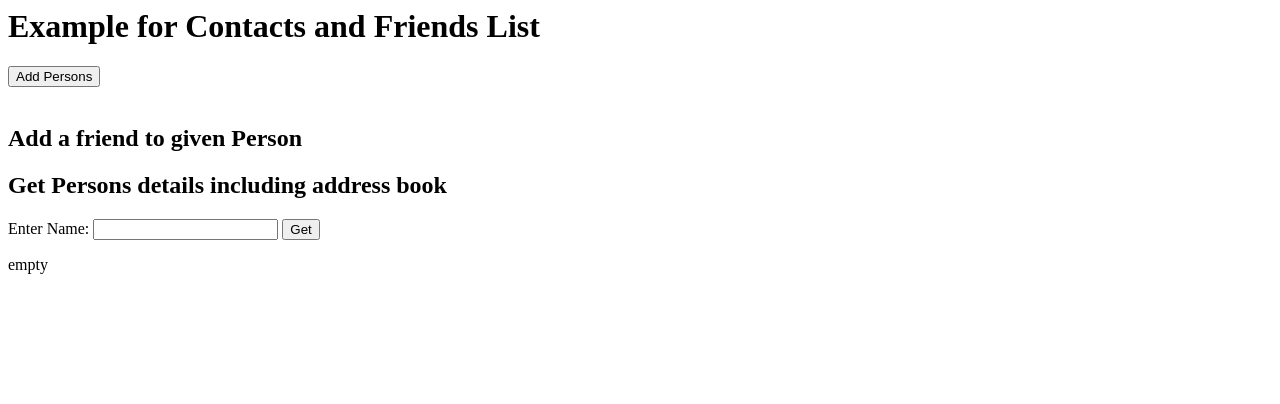
Repository: priyanalleboina/JsTraining
Page: Priyanka _JsExcercies/webpack14example-clinet-node/index.html
An editor plug-in stored every save of this project. The page is shown before and after the next save, followed by the edit.
The browser window is 1280 px wide. The pictures show the whole page.

Above is the page before, as saved 2020-05-28 19:38:08.

After the next save:
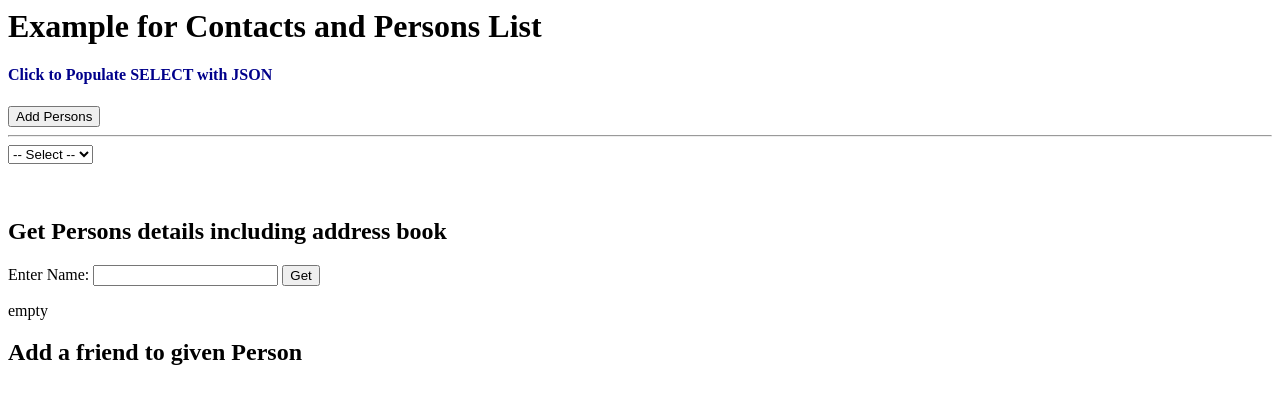
Saved 2 min 15 s later.
--- a/Priyanka _JsExcercies/webpack14example-clinet-node/index.html
+++ b/Priyanka _JsExcercies/webpack14example-clinet-node/index.html
@@ -4,30 +4,46 @@
   <meta name="viewport" content="width=device-width, initial-scale=1.0">
   <title>Document</title>
   <link rel="stylesheet" href="./src/index.css">
-  <script type="text/javascript" src="./dist/bundler.js"></script>
+  <!-- <script type="text/javascript" src="./domAccess.js"></script>
+  <script type="text/javascript" src="./contact.js"></script>
+  <script type="text/javascript" src="./index.js"></script>
+  <script type="text/javascript" src="./address.js"></script> -->
+  <script src="./dist/bundler.js"></script>
+
 </head>
 
 <body>
   <div>
-    <h1>Example for Contacts and Friends List</h1>
+    <h1>Example for Contacts and Persons List</h1>
     <!-- add people via hard coded list -->
-    <button id="add" onclick="ui.addPersons();">Add Persons</button>
+    <h4 style="color:darkblue">Click to Populate SELECT with JSON</h4>
+    <button id="add" onclick="ui.addPersons()">Add Persons</button>
+  </div>
+  <hr>
+  <div>
+
+  <!--The SELECT element.-->
+  <select id="sel" onchange="ui.show(this)">
+    <option value="">-- Select --</option>
+  </select>
+  <p id="msg"></p>
   </div>
   <div>
     <br>
     <!-- Add code to map one contact with another -->
     <!-- build your own UI to add one contact to another contact as friend -->
-    <h2> Add a friend to given Person</h2>
+
     <!-- Build your own simple UI to add one person to another as his/her friends list-->
     <!-- for ex: for modi->kcr, amit   -- for kcr-> kavitha, ktr   for jagan-> Naidu, modi, kavitha -->
     <!-- all the friends should be in the existing contacts list-->
 
     <!-- following code is to get a person details including his/her friends list -->
     <h2>Get Persons details including address book </h2>
-    <label>Enter Name:</label> <input id="nameCondition" placeholder="">
-    <button id="nameConditionBtn" onclick="ui.getPersonDetails();">Get</button>
+    <label>Enter Name:</label> <input id="pidCondition" placeholder="">
+    <button id="pidConditionBtn" onclick="ui.getPersonDetails()">Get</button>
 
     <p id="personsDetails"> empty</p>
+     <h2> Add a friend to given Person</h2>
 
   </div>
 </body>
